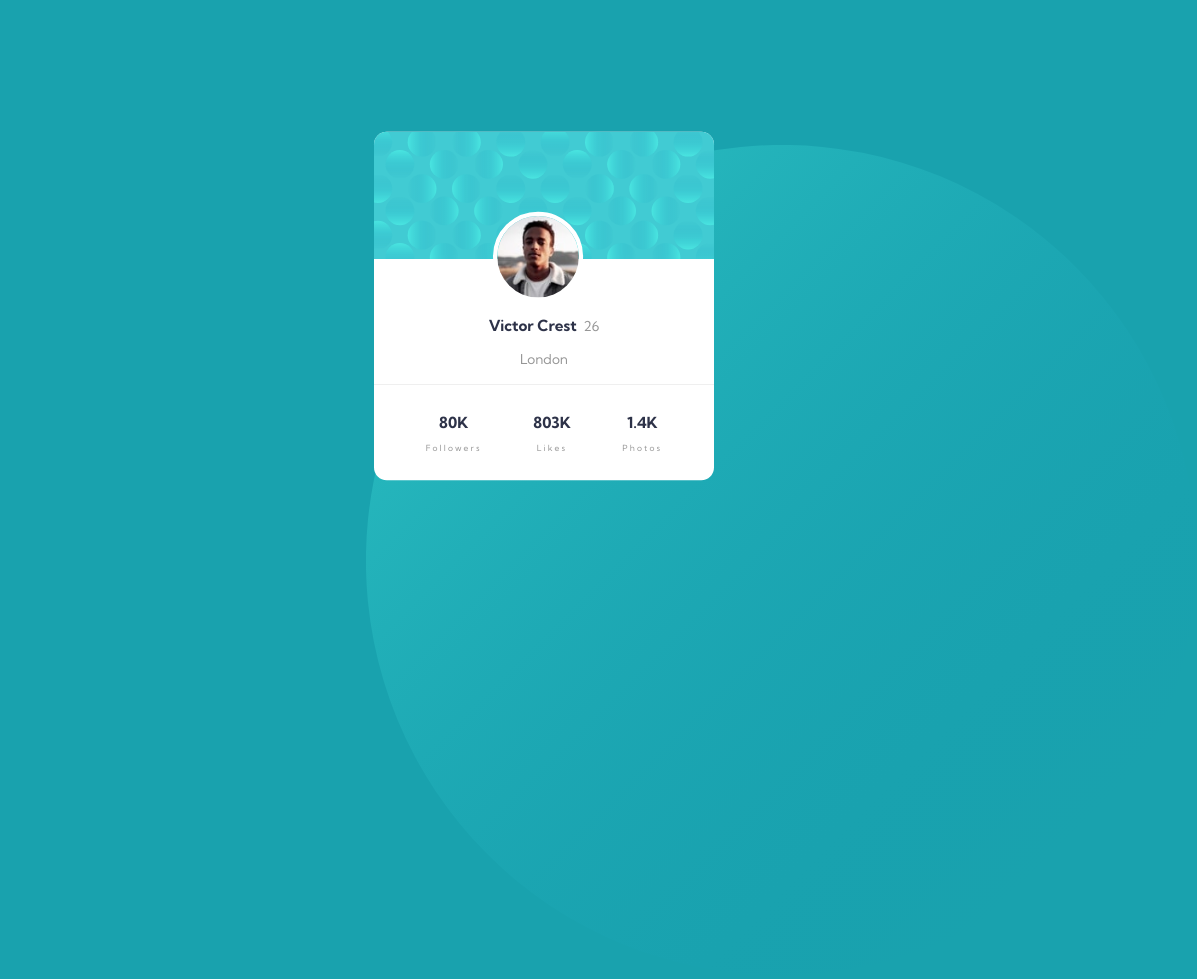
Repository: PratypartyY2K/frontendmentor-challenges
Page: profile-card-component-main/index.html
These files come from the project's save history. The page is drawn as it stood at one moment and after the next save; the edit follows.
The browser window is 1280 px wide. The page is 1408 px wide, so the pictures cover 1408 px, including what lies to the right of the window. The pictures show the whole page, at 85% of full size.

Above is the page before, as saved 2021-07-15 14:28:07.

### profile-card-component-main/index.html
<!DOCTYPE html>
<html lang="en">
  <head>
    <meta charset="UTF-8" />
    <meta name="viewport" content="width=device-width, initial-scale=1.0" />
    <!-- displays site properly based on user's device -->

    <link
      rel="icon"
      type="image/png"
      sizes="32x32"
      href="./images/favicon-32x32.png"
    />

    <title>Frontend Mentor | Profile card component</title>

    <link rel="stylesheet" href="style.css" />
  </head>
  <body>

    <div class="bg-upper-img">
      <img src="images/bg-pattern-top.svg">
    </div>

    <div class="card-wrapper">
      <div class="upper-div">
        <!--background-->
      </div>
      <img src="images/image-victor.jpg">
      <div class="middle-div">

          <div class="row-1"><h3>Victor Crest</h3>26</div>
          <div class="row-2">London</div>

      </div>
      <div class="stats">
        <div class="stat_element">
          <h3>80K</h3>
          Followers
        </div>
        <div class="stat_element">
          <h3>803K</h3>
          Likes
        </div>
        <div class="stat_element">
          <h3>1.4K</h3>
          Photos
        </div>
      </div>
    </div>

    <!--
    <div class="attribution">
      Challenge by
      <a href="https://www.frontendmentor.io?ref=challenge" target="_blank"
        >Frontend Mentor</a
      >. Coded by
      <a
        href="https://www.frontendmentor.io/profile/PratypartyY2K"
        target="_blank"
        >Pratyush</a
      >.

    </div>
  -->
    <div class="bg-bottom-img">
      <img src="images/bg-pattern-bottom.svg">
    </div>
  </body>
</html>

### profile-card-component-main/style.css
@import url("https://fonts.googleapis.com/css2?family=Kumbh+Sans:wght@400;700&display=swap");

:root {
  --primary-cyan: hsl(185, 75%, 39%);
  --primary-blue: hsl(229, 23%, 23%);
  --primary-grayish-blue: hsl(227, 10%, 46%);
  --neutral-dark-gray: hsl(0, 0%, 59%);
}

* {
    box-sizing: border-box;
}

body {
  font-family: "Kumbh Sans", sans-serif;
  position: relative;
  background-color: var(--primary-cyan);
  min-height: 100vh;
  display: flex;
  flex-direction: column;
  justify-content: center;
  align-items: center;
  margin: 0;
  overflow: hidden;
}

h3 {
    color: var(--primary-blue);
    font-weight: 700;
}

.card-wrapper {
    display: flex;
    flex-direction: column;
    background-color: white;
    width: 400px;
    position: relative;
    border-radius: 15px;
    overflow: hidden;
    text-align: center;
    color: var(--neutral-dark-gray);
}

.upper-div {
    background-image: url('images/bg-pattern-card.svg');
    background-repeat: no-repeat;
    background-size: cover;
    height: 150px;
}

.card-wrapper img {
    position: absolute;
    border-radius: 50%;
    border: 5px solid white;
    left: 35%;
    top: 23%;
}

.middle-div {
    display: flex;
    flex-direction: column;
    margin: 3rem 0 1.25rem 0;
}

.row-1 {
    display: flex;
    justify-content: center;
    align-items: center;
}

.row-1 h3 {
    padding: 0;
    margin-right: 0.5rem;
    font-size: 18px;
}

.stats {
    display: flex;
    justify-content: space-evenly;
    border-top: 0.5px solid hsla(0, 0%, 59%, 0.2);
}

.stat_element {
    display: flex;
    flex-direction: column;
    padding: 2rem 0;
    font-size: 10px;
    letter-spacing: 2.5px;
}

.stat_element h3 {
    margin: 0;
    margin-bottom: 0.75rem;
    font-size: 18px;
    letter-spacing: 0;
}

.bg-upper-img {
    position: absolute;
    top: -100rem;
    left: -10%;
    right: 0;
    bottom: 0;
}

.bg-bottom-img {
    position: absolute;
    right: -10%;
    bottom: -60%;
    z-index:-1;
}





/*
.attribution {
  font-size: 11px;
  text-align: center;
}
.attribution a {
  color: hsl(228, 45%, 44%);
}
*/

After the next save:
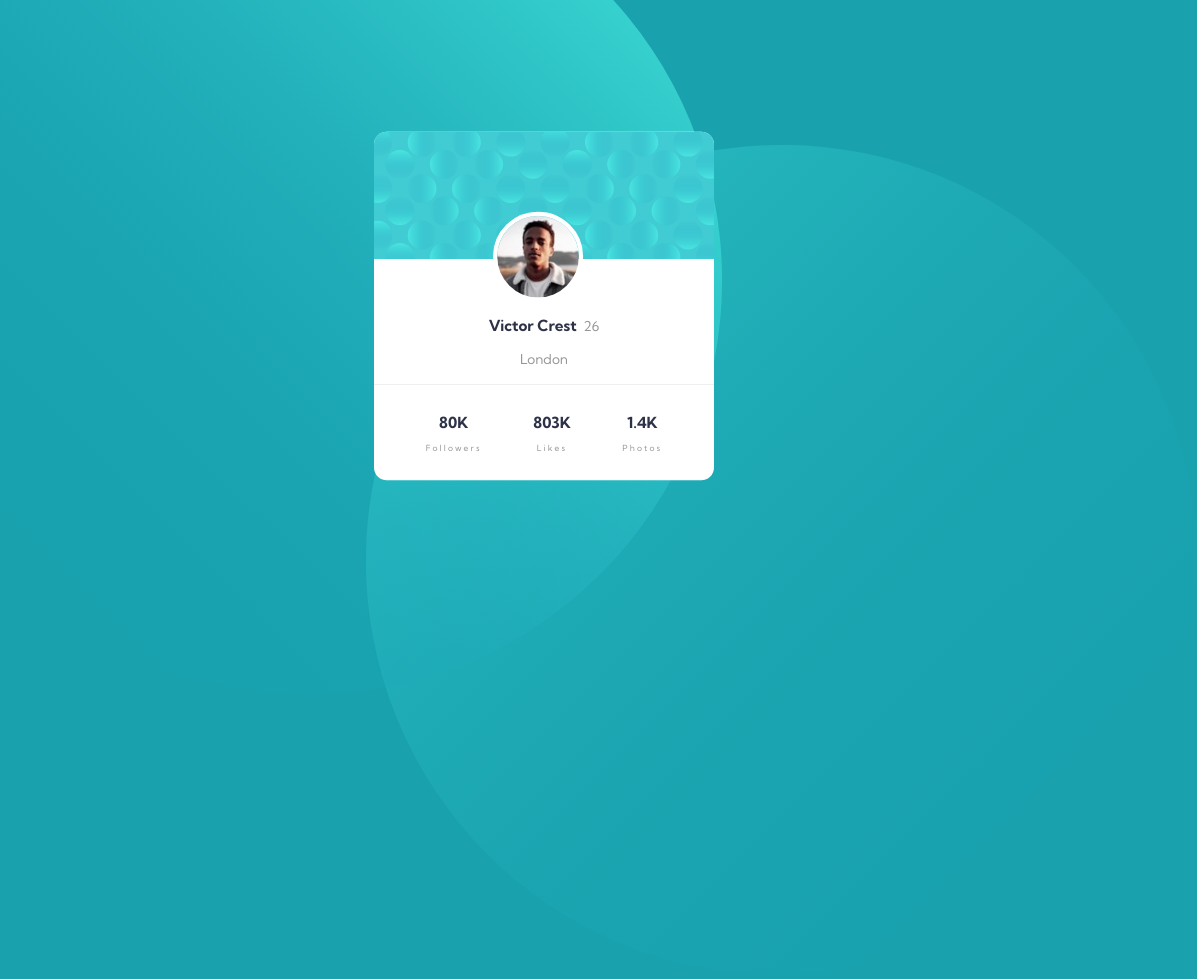
Saved 7 s later.
--- a/profile-card-component-main/style.css
+++ b/profile-card-component-main/style.css
@@ -97,7 +97,7 @@ h3 {
 
 .bg-upper-img {
     position: absolute;
-    top: -100rem;
+    top: -10rem;
     left: -10%;
     right: 0;
     bottom: 0;

After the save that followed:
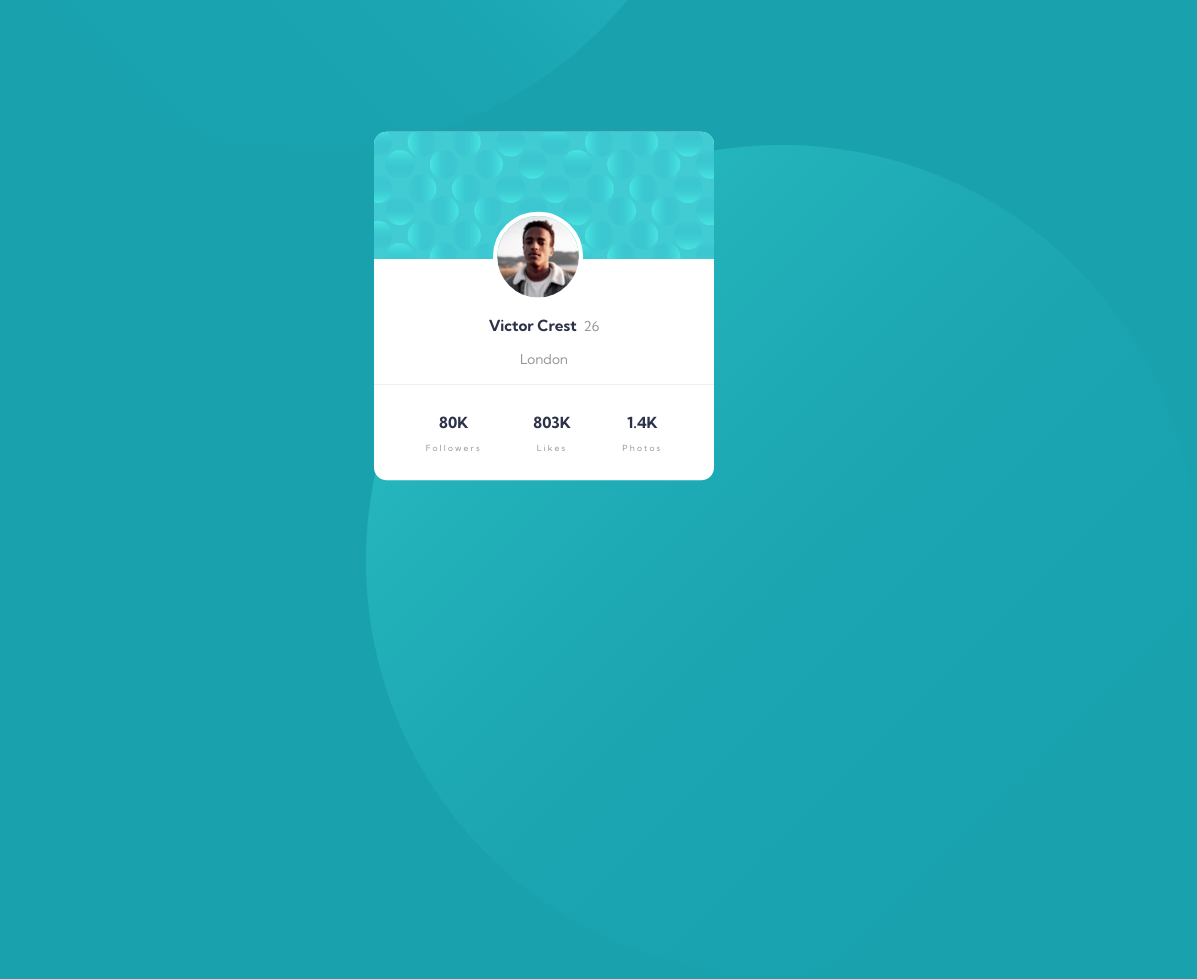
Saved 10 s later.
--- a/profile-card-component-main/style.css
+++ b/profile-card-component-main/style.css
@@ -97,7 +97,7 @@ h3 {
 
 .bg-upper-img {
     position: absolute;
-    top: -10rem;
+    top: -50rem;
     left: -10%;
     right: 0;
     bottom: 0;
